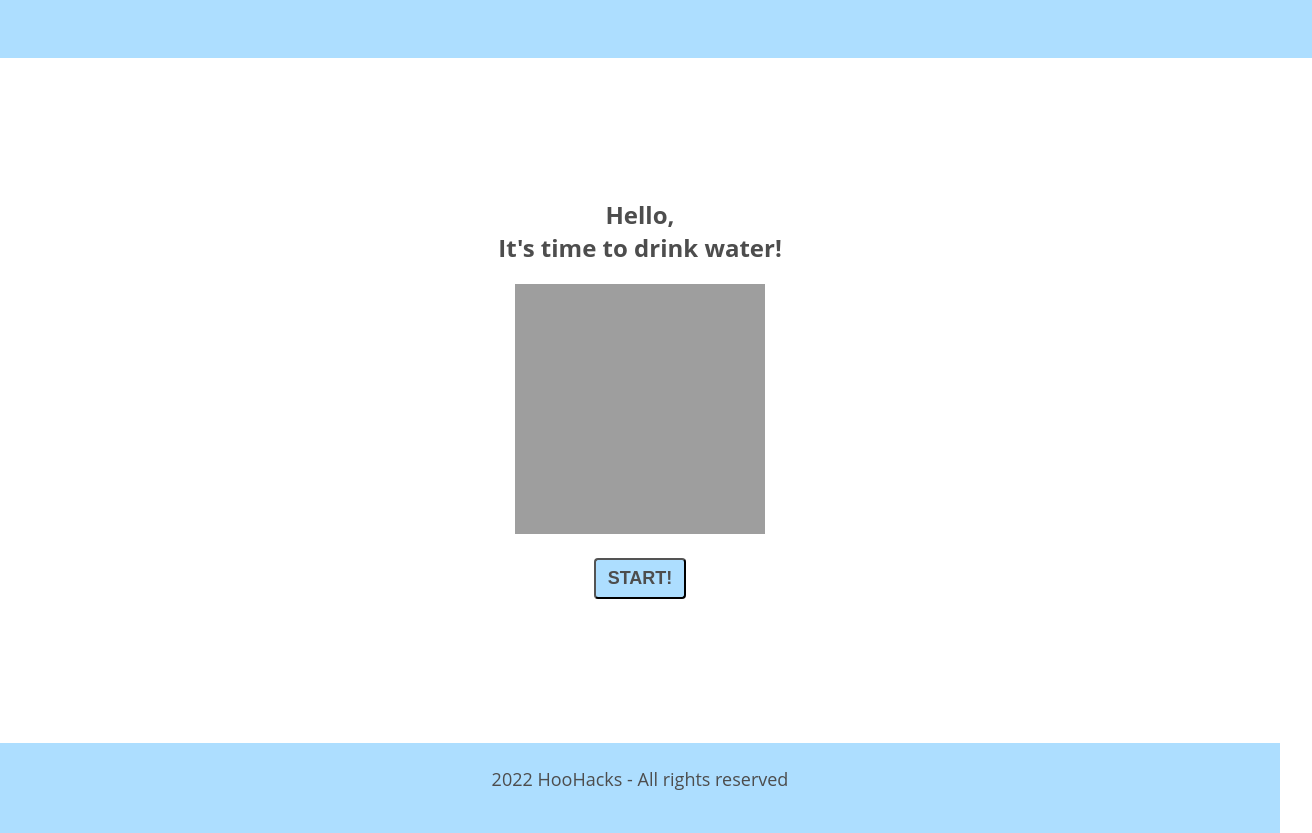
Repository: jennyjjung/H2ODaily
Page: index.html
These files come from the project's save history. The page is drawn as it stood at one moment and after the next save; the edit follows.
The browser window is 1280 px wide. The page is 1312 px wide, so the pictures cover 1312 px, including what lies to the right of the window. The pictures show the whole page.
Pictures or frames that could not be fetched are drawn as grey boxes.

Above is the page before, as saved 2022-03-26 15:04:29.

After the next save:
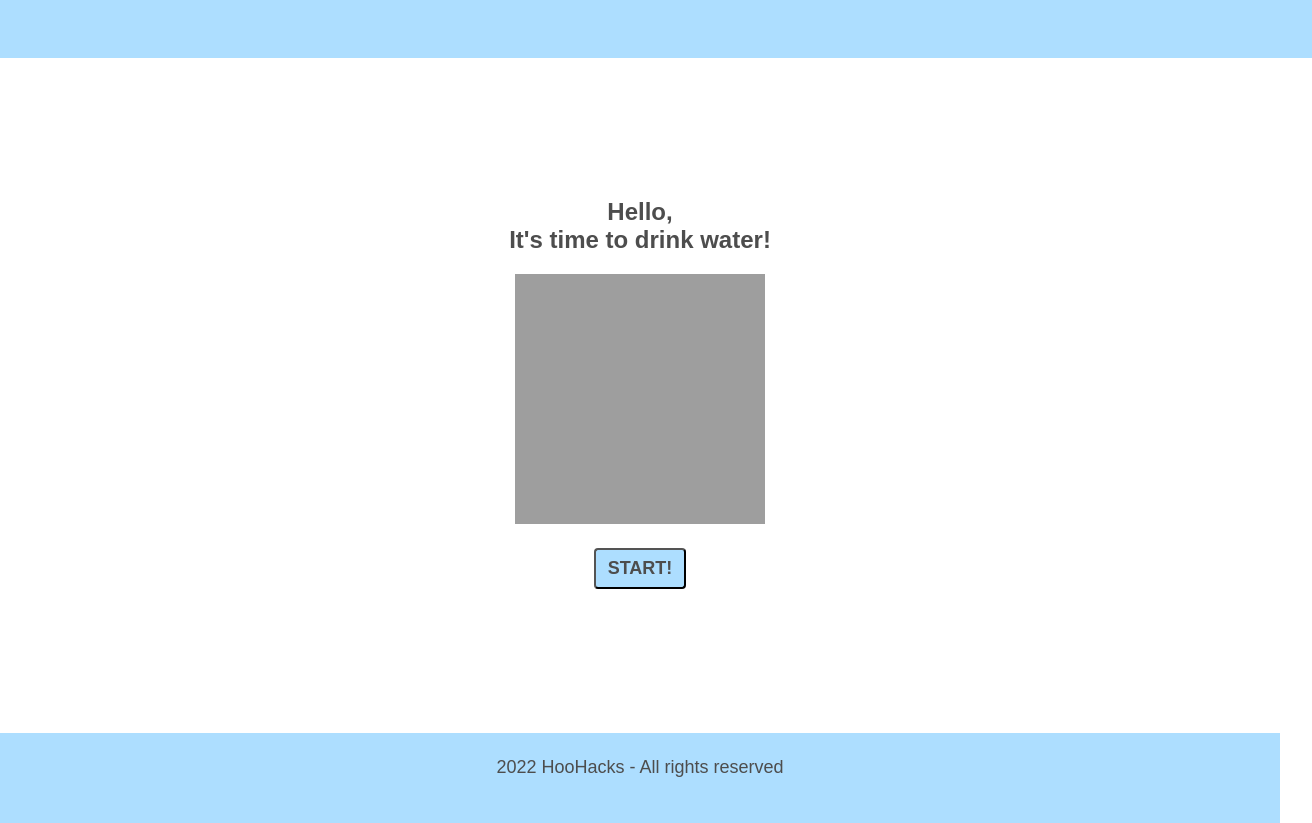
Saved 75 min 30 s later.
--- a/style.css
+++ b/style.css
@@ -24,7 +24,7 @@
 
 body {
   margin: 0;
-  font-family: "Open Sans", sans-serif;
+  font-family: "Unica One", sans-serif;
   cursor: default;
 }
 
